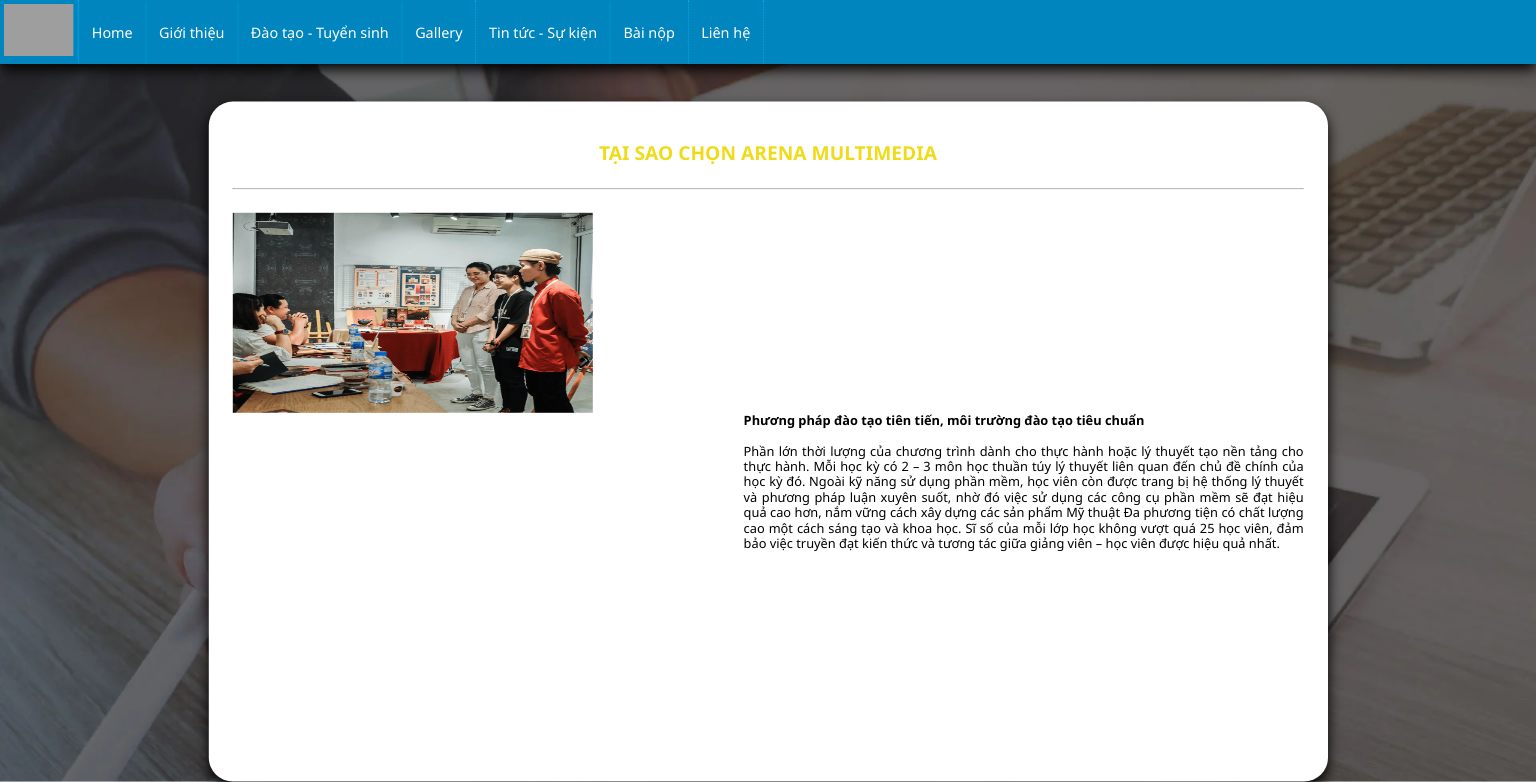
Repository: arena-dttan/dcw-final-exam-d2107m1
Page: final-list/DCW_Final_5_Nguyen-Thi-Thu-Huong_D2107M1/gioi-thieu.html
An editor plug-in stored every save of this project. The page is shown before and after a run of saves, followed by the edit.
The browser window is 1280 px wide. The page is 1920 px wide, so the pictures cover 1920 px, including what lies to the right of the window. The pictures show the whole page, at 80% of full size.
Pictures or frames that could not be fetched are drawn as grey boxes.

Above is the page before, as saved 2022-06-26 15:23:38.

### final-list/DCW_Final_5_Nguyen-Thi-Thu-Huong_D2107M1/gioi-thieu.html
<!DOCTYPE html>
<html>
<head>
    <meta charset="UTF-8">
    <link rel="stylesheet" href="index.css">
    <link rel="icon" href="./images/favicon.ico" />

</head>
<head>
    <!-- Các meta (siêu dữ liệu) -->
    <meta http-equiv="Content-Type" content="text/html; charset=utf-8" />

    <!-- Tiêu đề hiển thị trên thanh địa chỉ trình duyệt -->
    <title>Arena Mutimedia</title>

    <!-- icon trên thanh địa chỉ trình duyệt -->
    <link rel="icon" href="./images/favicon.ico" />

    <!-- Sử dụng font google -->
    <link rel="preconnect" href="https://fonts.googleapis.com">
    <link rel="preconnect" href="https://fonts.gstatic.com" crossorigin>
    <link href="https://fonts.googleapis.com/css2?family=Roboto:wght@100&display=swap" rel="stylesheet">

    <!-- external css -->
    <link rel="stylesheet" href="./css/style.css">
    <link rel="stylesheet" href="./css/menu.css">
    <link rel="stylesheet" href="./index.css">
</head>
<body id="container">
    <div id="main-menu">
        <ul class="menu">
            <li ><img style="height: 65px; margin: 5px;;" src="images/logo.webp" alt="logo"> </li>
            <li class="home">
            <a href="./index.html"> Home</a>
            </li>
            <li>
            <a href="./gioi-thieu.html"> Giới thiệu</a>
            </li>
            <li class="dropdown">
            <a class="dropdown-btn"> Đào tạo - Tuyển sinh</a>
            <div class="dropdown-content">
                <a href="./chuong-trinh-dao-tao.html">Đào tạo</a>
                <a href="./tuyen-sinh.html">Tuyển sinh</a>
            </div>
            <li>
                <a href="./gallery.html"> Gallery</a>
            </li>
            <li>
                <a href="./tin-tuc.html"> Tin tức - Sự kiện</a>
            </li>
            <li>
                <a href="./final-exam-list.html">Bài nộp</a>
            </li>

            <li>
                <a href="#">Liên hệ</a>
            </li>
            </li>
        </ul>
        <!-- id main content -->
         <div id="main-content">
            <div id="box-container">
                <div class="content">
                    <h2 style="color:rgb(240, 219, 26);">TẠI SAO CHỌN ARENA MULTIMEDIA</h2>
                    <br>
                    <hr>
                    <br>
                    <div class="img-test">
                        <img src="./images/gioi-thieu-1.png" alt="gioi-thieu-1">
                        <P>
                        <b>Phương pháp đào tạo tiên tiến, môi trường đào tạo tiêu chuẩn</b>
                        <br>
                        <br>
                        Phần lớn thời lượng của chương trình dành cho thực hành hoặc lý thuyết
                        tạo nền tảng cho thực hành. Mỗi học kỳ có 2 – 3 môn học thuần túy lý thuyết
                        liên quan đến chủ đề chính của học kỳ đó. Ngoài kỹ năng sử dụng phần
                        mềm, học viên còn được trang bị hệ thống lý thuyết và phương pháp luận
                        xuyên suốt, nhờ đó việc sử dụng các công cụ phần mềm sẽ đạt hiệu quả cao
                        hơn, nắm vững cách xây dựng các sản phẩm Mỹ thuật Đa phương tiện có
                        chất lượng cao một cách sáng tạo và khoa học.
                        Sĩ số của mỗi lớp học không vượt quá 25 học viên, đảm bảo việc truyền đạt
                        kiến thức và tương tác giữa giảng viên – học viên được hiệu quả nhất.</P></div>
                </div>
            </div>

        </div>
    </div>
</body>
</html>

### final-list/DCW_Final_5_Nguyen-Thi-Thu-Huong_D2107M1/index.css
/* Sử dụng cho định dạng main menu */
body, html {
    height: 100%;
    width: 1920px;
    background-image: url('images/head-bg.webp'); width: 1920px; height: 100%; background-repeat: no-repeat;
    font-family: 'Segoe UI';
}
* {
    margin: 0;
    padding: 0;
    box-sizing: border-box;
}
body {
    position: absolute;
}
#container {
    width: 1920px;
    height: 100%;
    justify-content: center;
    display: inline-block;
    margin: 0;
    padding: 0;
    display: inline-block;
}
#main-menu {
    max-width: 1920px;
    height: 100px;
    margin: 0;
    padding: 0;
}
.menu {
    height: 80px;
    line-height: 80px;
    text-align: center;
    justify-content: center;
    display: inline-block;
}
ul {
    list-style-type: none;
    overflow: hidden;
    background-color: #0085be;
    width: 100%;
    box-shadow: 0 8px 16px 0 rgba(0, 0, 0, 2);
    display: inline-block;
}
.home {
    border-left: 0.01em dotted #00aeef;
}
li {
    float: left;
    border-right: 0.01em dotted #00aeef;
    font-size: 18px;
}

li.dropdown {
    display: inline-block;
    min-width: 100px;
}

li a:hover,
.dropdown:hover {
    background: #00aeef;
}

li a,
.dropdown-btn {
    display: inline-block;
    color: white;
    text-align: center;
    padding: 0 16px;
    text-decoration: none;
}
.dropdown-content {
    display: none;
    position: absolute;
    background: #F8C800;
    background: #0085be;
    min-width: 200px;
    border-bottom: 0.01em dotted #00aeef;
    box-shadow: 0 8px 16px 0 rgba(0, 0, 0, 2);
    z-index: 1;
    top: 80px;
    transition: all .3s ease-in-out;
}
.dropdown-content a {
    color: white;
    padding: 10px 16px;
    text-decoration: none;
    display: block;
    text-align: center;
    line-height: 2;
}
.dropdown-content a:hover {
    background: #00aeef;
}
.dropdown:hover .dropdown-content {
    display: block;
}

.text {
    margin-left: 40px;
    padding-top: 150px;
}
.button {

    font-size: 18px;
    width: 150px;
    height: 50px;
    background: #F8C800;
    border-radius: 40px;
    color: white;
    margin-top: 10px;
    margin-left: 70px;
}
#main-content {
    width: 1920px;
    height: 100%;
    margin: 0;
    padding: 0;
    display: inline-block;
    align-items: center;
    justify-content: center;

}
#box-container {
    background-color: rgb(255, 255, 255);
    box-shadow: 0 8px 16px 0 rgba(0, 0, 0, 2);
    margin-top: 43px;
    background-color: rgb(255, 255, 255);
    box-shadow: 0 8px 16px 0 rgb(0 0 0);
    width: 1399px;
    height: 850px;
    border-radius: 55px;
    margin-left: auto;
    margin-right: auto;
    border-radius: 30px;

}
.content {
    margin: 30px;
    padding-top: 50px;
}
h2 {
    text-align: center;
}
p {
    float: right;
    width: 700px;
    height: 350px;
    text-align: justify;
}
h
img {
    float: left;
}

### final-list/DCW_Final_5_Nguyen-Thi-Thu-Huong_D2107M1/css/style.css
html {
    box-sizing: border-box;
    width: 100%;
    height: 100%;
}

body {
    width: 100%;
    height: 100%;
    background: url("../images/head-bg.webp");
    font-size: 16px;
    font-family: 'Segoe UI', Tahoma, Geneva, Verdana, sans-serif;
    line-height: 1.2;
}

* {
    margin: 0;
    padding: 0;
}

*,
*:before,
*:after {
    box-sizing: border-box;
}

input,
textarea,
select,
button {
    outline: none;
}

input {
    line-height: normal;
}

label,
button {
    cursor: pointer;
}

a {
    text-decoration: none;
}

img {
    display: block;
    max-width: 100%;
}

#container {
    width: 100%;
    height: 100%;
    text-align: center;
}

#logo {
    float: left;
}

#logo img {
    width: 130px;
    padding: 10px;
}

#header {
    background: #0085be;
    box-shadow: 0 8px 16px 0 rgba(0, 0, 0, 2);
}

#banner img {
    height: 500px;
    width: 100%;
}

#content-index {
    margin: 100px 10px 10px 50px;
}

.btn {
    width: 150px;
    height: 40px;
    line-height: 40px;
    background: #F8C800;
    display: block;
    text-align: center;
    text-transform: uppercase;
    font-weight: bold;
    border-radius: 2em;
    -webkit-border-radius: 2em;
    -moz-border-radius: 2em;
    -ms-border-radius: 2em;
    -o-border-radius: 2em;
    margin: 20px 50px;
}

.btn a {
    color: white;
}

#main-content {
    background: none;
    min-height: 400px;
    margin: 40px;
}

#main-page {
    background: white;
    color: black;
    border: 1px solid blue;
    border-radius: 3em;
    width: 80%;
    min-height: 400px;
    padding: 20px;
    display: inline-block;
    box-sizing: border-box;
    margin-bottom: 40px;
}

.content img {
    width: 450px;
    height: 250px;
}

.text-uppercase {
    text-transform: uppercase;
}

.main-title {
    color: #F8C800;
    font-size: 30px;
    font-weight: 700 !important;
    margin: 30px 0;
}

.normal-list {
    list-style-type: disc;
    margin: 10px;
    padding: 10px;
    overflow: visible;
    background: none;
}

.normal-list li {
    clear: both;
}

h4 {
    text-align: left;
    font-size: 20px;
}

h3 {
    padding-bottom: 20px;
}

hr {
    margin: 10px 0;
}

p {
    text-align: justify;
}

### final-list/DCW_Final_5_Nguyen-Thi-Thu-Huong_D2107M1/css/menu.css
/* Sử dụng cho định dạng main menu */

.menu {
    height: 80px;
    line-height: 80px;
}

.home {
    border-left: 0.01em dotted #00aeef;
}

ul {
    list-style-type: none;
    margin: 0;
    padding: 0;
    overflow: hidden;
    /* background: #F8C800; */
    background: #0085be;
    /* box-shadow: 0 8px 16px 0 rgba(0, 0, 0, 2); */
}

li {
    float: left;
    border-right: 0.01em dotted #00aeef;
    font-size: 18px;
}

li.dropdown {
    display: inline-block;
    min-width: 100px;
}

li a:hover,
.dropdown:hover {
    background: #00aeef;
}

li a,
.dropdown-btn {
    display: inline-block;
    color: white;
    text-align: center;
    padding: 0 16px;
    text-decoration: none;
}

.dropdown-content {
    display: none;
    position: absolute;
    /*background: #F8C800;
    */
    background: #0085be;
    min-width: 200px;
    border-bottom: 0.01em dotted #00aeef;
    box-shadow: 0 8px 16px 0 rgba(0, 0, 0, 2);
    z-index: 1;
    top: 80px;
    transition: all .3s ease-in-out;
}

.dropdown-content a {
    color: white;
    padding: 10px 16px;
    text-decoration: none;
    display: block;
    text-align: center;
    line-height: 2;
}

.dropdown-content a:hover {
    background: #00aeef;
}

.dropdown:hover .dropdown-content {
    display: block;
}

After the next 7 saves:
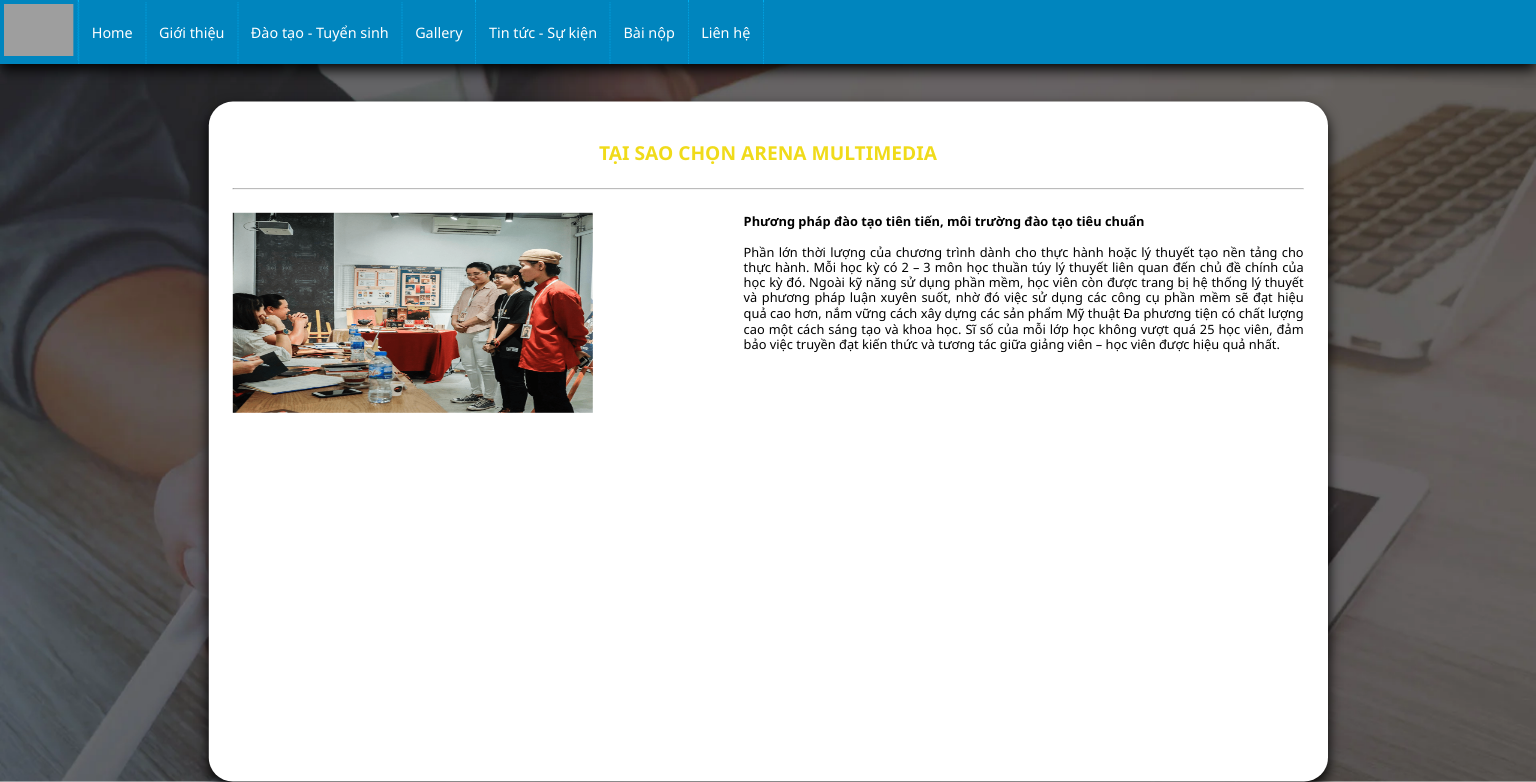
The 7 saves are shown as one change because they came seconds apart.
The last was saved 18 s later.
--- a/final-list/DCW_Final_5_Nguyen-Thi-Thu-Huong_D2107M1/index.css
+++ b/final-list/DCW_Final_5_Nguyen-Thi-Thu-Huong_D2107M1/index.css
@@ -149,7 +149,9 @@
     height: 350px;
     text-align: justify;
 }
-h
+p b {
+    vertical-align: middle;
+}
 img {
     float: left;
 }
